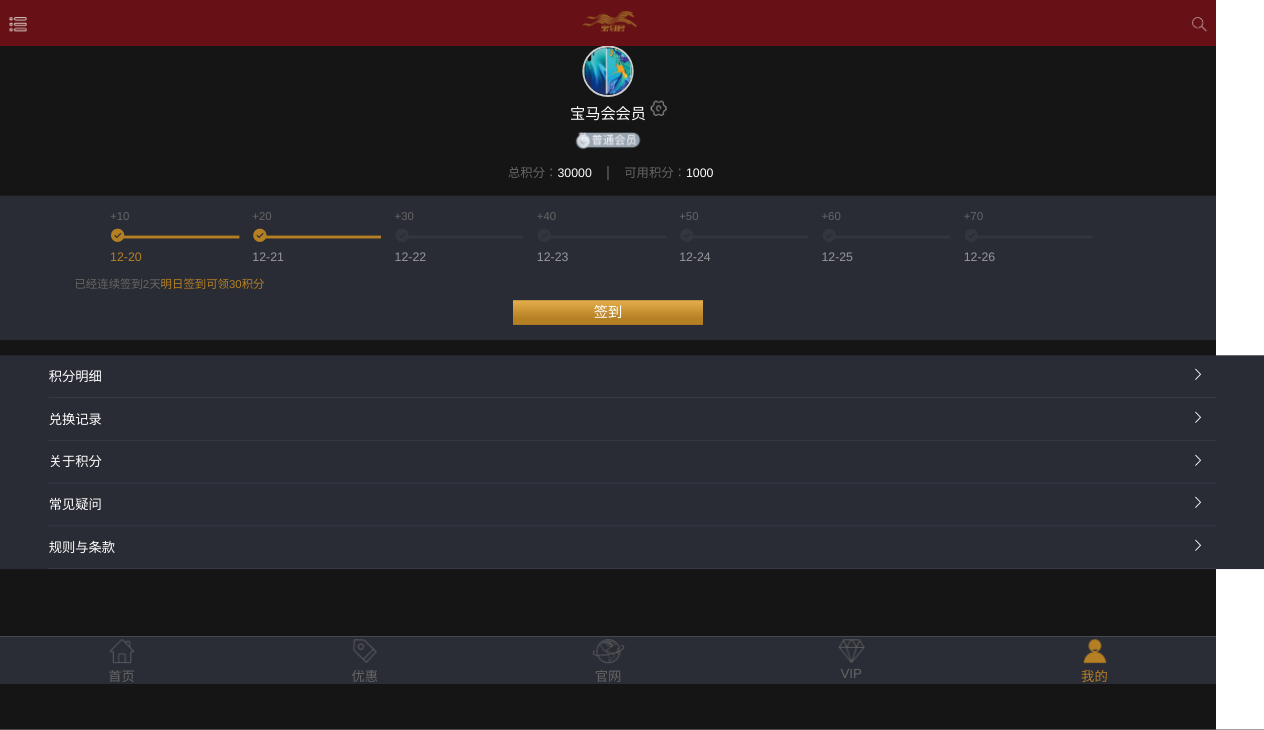
Repository: ada6688/IntegralMall
Page: /Member
The author's editor kept a copy of each file at every save. The page is drawn from the files as they stood at one save, then again after the next save.
The browser window is 1280 px wide. The page is 1331 px wide, then 1280 px, so the pictures cover 1331 px, including what lies to the right of the window. The pictures show the whole page, at 95% of full size.
The project was rebuilt for these pictures with package versions that can differ from the ones it lists, and the page was loaded fresh each time. Also part of the build but not shown: src/components/page/notice.vue, src/components/page/shouye.vue, src/components/page/Vip.vue, src/components/page/Youhui.vue, src/router/index.js.

Above is the page before, as saved 2020-01-04 19:21:19.

### index.html
<!DOCTYPE html>
<html>
  <head>
    <meta charset="utf-8">
    <meta name="viewport" content="width=device-width,initial-scale=1.0">
    <title>integralmall</title>
  </head>
  <body>
    <div id="app"></div>
    <!-- built files will be auto injected -->
  </body>
</html>

### src/main.js
// The Vue build version to load with the `import` command
// (runtime-only or standalone) has been set in webpack.base.conf with an alias.
import Vue from 'vue'
import App from './App'
import router from './router'
import ElementUI from 'element-ui'
import 'element-ui/lib/theme-chalk/index.css'
import {Cell, CellGroup, Tabbar, TabbarItem, PullRefresh, Stepper, Tab, Tabs, Button, Row, Col, Swipe, SwipeItem, Lazyload, List, Field, NavBar} from 'vant'
import '../src/assets/css/common.css'
import '../src/assets/css/index.css'
import 'swiper/dist/css/swiper.css'
import VueAwesomeSwiper from 'vue-awesome-swiper'
// import BScroll from 'better-scroll'

// Vue.use(BScroll)
Vue.use(VueAwesomeSwiper)
Vue.use(ElementUI)
Vue.use(Cell).use(CellGroup).use(Tabbar).use(TabbarItem).use(Stepper).use(PullRefresh).use(Tab).use(Tabs).use(Field).use(NavBar).use(Button).use(Row).use(Col).use(Swipe).use(SwipeItem).use(Lazyload).use(List)

Vue.config.productionTip = false

/* eslint-disable no-new */
new Vue({
  el: '#app',
  router,
  components: {
    App
  },
  template: '<App/>'
})
router.beforeEach((to, from, next) => {
  let str = '<p>个人中心</p>'
  if (to.meta.title) {
    document.getElementById('top-logo-change').innerHTML = to.meta.title
    if (to.meta.title === str) {
      document.getElementById('top-nav-right').innerHTML = '<img src="/static/topnav/kf.png" alt="搜索">'
    } else {
      document.getElementById('top-nav-right').innerHTML = '<img src="/static/topnav/ss.png" alt="搜索">'
    }
    // document.title = to.meta.title
  }
  next()
})

### src/App.vue
<template>
  <div id="app">
    <TopNav></TopNav>
    <router-view/>
    <BottomNav></BottomNav>
  </div>
</template>

<script>
import BottomNav from '@/components/common/Bottomnav'
import TopNav from '@/components/common/Topnav'
export default {
  name: 'App',
  components: {
    BottomNav,
    TopNav
  }
}
</script>

<style>
#app {
  font-family: 'Avenir', Helvetica, Arial, sans-serif;
  -webkit-font-smoothing: antialiased;
  -moz-osx-font-smoothing: grayscale;
  text-align: center;
  color: #2c3e50;
  background: #151515;
  height: 100vh;
}
</style>

### src/assets/css/common.css
body,p,ul{
  margin: 0;
  padding: 0;
}
li{
  list-style: none;
}
/* 顶部栏 */
.top-nav{
  width: 100%;
  height: 3rem;
  line-height: 3.5rem;
  background-color: #671116;
  position: fixed;
  top: 0;
  z-index: 99;
}
.top-nav-logo{
  color: #B58024;
}
.top-nav > div{
  display: inline-block;
  height: 100%;
}
.top-nav-left{
  float: left;
  margin-left: 10px;
}
.top-nav-right{
  float: right;
  margin-right: 10px;
}
.banner-item > img{
  width: 100%;
}
.swiper-container{
  height: 7.28rem;
}
.top-nav-t{
  color: #B58024;
}
/* 每个一级页面共有class */
.main-wrap{
  margin-top: 3rem;
  margin-bottom: 3.125rem;
  background: #151515;
}
/* 公告 */
.Notice-sign{
  width: 2rem;
  height: 100%;
  background: url('../images/topnav/lb.png') center no-repeat;
  float: left;
  box-shadow: 1px 0px 5px rgba(0,0,0,0.8);
}
.Notice-textBox {
  width: 100%;
  height: 1.3rem;
  line-height: 1.3rem;
  font-size: .5rem;
  color: #999999;
  background: #2A2D36;
  overflow: hidden;
  position: relative;
  text-align: left;
  z-index: 9;
}
.Notice-text {
  width: 100%;
  padding-left: 42px;
  position: absolute;
  bottom: 0;
}
.slide-enter-active, .slide-leave-active {
  transition: all 0.5s linear;
}
.slide-enter{
  transform: translateY(20px) scale(1);
  opacity: 1;
}
.slide-leave-to {
  transform: translateY(-20px) scale(0.8);
  opacity: 0;
}
/* 底部导航 */
.bottom-tab{
  width:100%;
  height:3.125rem;
  background-color:#2A2D36;
  border-top: 1px solid #656666;
  position: fixed;
  left:0px;
  bottom:0px;
}
.tab-item{
  width: 20%;
  float: left;
  align-items:center;
  justify-content:center;
  font-size:14px;
  color:#666;
  z-index: 999;
}
.NavSigh{
    width:33px;
    margin-top:3px;
}
.on{
  color:#b58023;
}

### src/assets/css/index.css
/****************** 首页商品 *****************/
.products-item{
  width: 46.9%;
  height: 100px;
  padding-right: 2.9%;
  border-right: 1px solid #161616;
  border-bottom: 1px solid #161616;
  background: #292C35;
  float: left;
}
.products-item-even{
  width: 46.9%;
  height: 100px;
  border-bottom: 1px solid #161616;
  background: #292C35;
  padding-left: 2.9%;
  float: left;
}
.product-item-text{
  width: 50%;
  height: 70px;
  color: #ffffff;
  margin-top: 15px;
  float: left;
  text-align: left;
}
.product-item-text p{
  height: 43px;
  font-size: 15px;
  margin-bottom: 5px;
  display: -webkit-box;/*作为弹性伸缩盒子模型显示*/
  -webkit-line-clamp: 2; /*显示的行数；如果要设置2行加...则设置为2*/
  overflow: hidden; /*超出的文本隐藏*/
  text-overflow: ellipsis; /* 溢出用省略号*/
  -webkit-box-orient: vertical;
}
.product-item-text span{
  color: #B58024;
  font-size: 13px;
}
.product-item-img{
  width: 12%;
  height: 100px;
  display: table-cell;
  vertical-align: middle;
  /* float: left; */
}
.product-item-img img{
  max-width: 100%;
}
/******************* 优惠 *******************/
.yh-wrap div{
  padding: 1rem 1rem 0 1rem;
}
.yh-wrap img{
  width: 100%;
}
/******************* VIP *******************/
.level-welfare-wrap, .level-require-wrap{
  padding-bottom: 20px;
}
.VipTop-level-sign{
  display: inline-block;
}
.VipTop-level-text{
  position: absolute;
  bottom: -5px;
}
.vip-level-wrap ul li{
  float: left;
  width: 33.33%;
  height: 79px;
}
.vip-level-wrap ul div{
  width: 34px;
  height: 34px;
  border: 1px solid #CCCCCC;
  border-radius: 17px;
  margin-bottom: 9px;
  display: inline-block;
  vertical-align: middle;
}
.vip-level-wrap ul img{
  margin-top: 7px;
}
.vip-level-wrap ul li>p{
  color: #CCCCCC;
  font-size: 13px;
}
.Vip-level-T{
  color: #ffffff;
  font-size: 16px;
  font-weight: bold;
  text-align: left;
  padding: 15px 0 10px 17px;
  background: #2A2C35;
}
.Vip-level-tips{
  color: #F5BF1B;
  font-size: 13px;
  text-align: left;
  padding: 15px 20px 10px 17px;
  background: #2A2C35;
}
.level-rules-wrap{
  color: #CCCCCC;
  font-size: 12px;
  background: #2A2C35;
  text-align: left;
  padding: 15px 17px 16px 17px;
  margin-bottom: 50px;
}
.level-rules-wrap span{
  font-size: 16px;
  color: #ffffff;
  display: inline-block;
  margin-bottom: 9px;
}
.level-rules-wrap p{
  line-height: 24px;
  /* margin-top: 5px; */
}
.level-rules-wrap p:last-child{
  margin-bottom: 10px;
}
/******************* 个人中心 *******************/
.d{
  height: 1000px;
  width: 100%;
  background-color: blueviolet;
}
.member-half-circle{
  width: 111%;
  height: 31%;
  border-radius: 50%;
  position: fixed;
  top: -13%;
  background: #661115;
  left: -5.8%;
  z-index: -1;
}
.member-wrap{
  /* width: 100%;
  position: fixed;
  top: 14%; */
}
.member-img > img{
  width: 7vh;
  height: 7vh;
  border-radius: 100%;
  border: 2px solid #CCCCCC;
}
.member-name{
  color: #ffffff;
  font-size: 16px;
  position: relative;
}
.member-name img{
  position: absolute;
  margin-left: 5px;
  bottom: 8px;
}
.member-level-sign{
  margin: 8px 0 10px 0;
}
.member-integral{
  text-align: center;
}
.member-integral-slice{
  display: inline-block;
  color: #666666;
  margin: 0 15px;
}
.member-integral span{
  font-size: 13px;
  color: #ffffff;
}
.member-integral p{
  font-size: 13px;
  color: #666666;
  display: inline-block;
}
.member-total{
  width: 42%;
  display: inline-block;
  text-align: right;
}
.member-useful{
  width: 42%;
  display: inline-block;
  text-align: left;
}
.member-signIn{
  background: #2A2C35;
  padding: 15px 1rem 1rem 1rem;
  margin: 16px 0;
}
.member-signIn-status-1{
  width: 12%;
  text-align: left;
  display: inline-block;
}
.member-signIn-in{
  color: #666666;
  font-size: 12px;
  margin-bottom: 5px;
}
.member-signIn-date{
  color: #999899;
  font-size: 13px;
  margin-top: 5px;
}
.member-signIn-date-active{
  color: #B58024;
  font-size: 13px;
  margin-top: 5px;
}
.el-icon-success{
  color: #34363D;
}
.member-signIn-line{
  width: 84%;
  height: 3px;
  display: inline-block;
  background: #34363D;
  margin: 0 -34px 3px -6px;
}
.member-signIn-icon-active{
  color: #B58024 !important;
}
.member-signIn-active{
  background: #B58024 !important;
}
.member-signIn-tips{
  font-size: 12px;
  text-align-last: justify;
  padding: 0 5%;
  margin-top: 10px;
}
.member-signIn-tips p{
  display: inline-block;
}
.member-signIn-tips p:first-child{
  color: #666666;
}
.member-signIn-tips p:last-child{
  color: #B58024;
}
.member-signIn-button{
  width:200px;
  height:26px;
  line-height: 26px;
  color: #ffffff;
  font-size: 15px;
  margin: 0 auto;
  background:linear-gradient(0deg,rgba(181,128,36,1) 26%,rgba(231,174,75,1) 100%);
  margin-top: 10px;
}
.member-more-detail{
  width: 96%;
  line-height: 44px;
  color: #ffffff;
  background: #2A2C35;
  padding: 0 4%;
}
.member-jifen,.member-duihuan,.member-guanyu,.member-yiwen,.member-guize{
  height: 44px;
  border-bottom: 1px solid #373B45;
}
.member-jifen-T{
  font-size: 14px;
  float: left;
  margin-right: 66%;
}
.el-icon-arrow-right{
  width: 7px;
  height: 7px;
  position: absolute;
  right: 20px;
  margin-top: 12px;
}

### src/components/common/Bottomnav.vue
<template>
  <div class="bottom-tab">
    <div class="tab-item" @click="switchTo('/shouye')">
      <img class="NavSigh" :src="'/shouye' === $route.path ? tabBarImgArr[0].selected : tabBarImgArr[0].normal" alt="首页">
      <p :class="{on: '/shouye' === $route.path}">首页</p>
    </div>
    <div class="tab-item" @click="switchTo('/Youhui')">
      <img class="NavSigh" :src="'/Youhui' === $route.path ? tabBarImgArr[1].selected : tabBarImgArr[1].normal" alt="推荐">
      <p :class="{on: '/Youhui' === $route.path}">优惠</p>
    </div>
    <div class="tab-item">
      <img class="NavSigh" :src="'/' === $route.path ? tabBarImgArr[2].selected : tabBarImgArr[2].normal" alt="搜索">
      <p :class="{on: '/' === $route.path}">官网</p>
    </div>
    <div class="tab-item" @click="switchTo('/Vip')">
      <img class="NavSigh" :src="'/Vip' === $route.path ? tabBarImgArr[3].selected : tabBarImgArr[3].normal" alt="聊天">
      <p :class="{on: '/Vip' === $route.path}">VIP</p>
    </div>
    <div class="tab-item" @click="switchTo('/Member')">
      <img class="NavSigh" :src="'/Member' === $route.path ? tabBarImgArr[4].selected : tabBarImgArr[4].normal" alt="我的">
      <p :class="{on: '/Member' === $route.path}">我的</p>
    </div>
  </div>
</template>
<script>
export default {
  data () {
    return {
      tabBarImgArr: [
        {normal: require('../../assets/images/navLogo/sy_x.png'), selected: require('../../assets/images/navLogo/sy.png')},
        {normal: require('../../assets/images/navLogo/yh_x.png'), selected: require('../../assets/images/navLogo/yh.png')},
        {normal: require('../../assets/images/navLogo/gw_x.png'), selected: require('../../assets/images/navLogo/gw.png')},
        {normal: require('../../assets/images/navLogo/zs_x.png'), selected: require('../../assets/images/navLogo/zs.png')},
        {normal: require('../../assets/images/navLogo/wd_x.png'), selected: require('../../assets/images/navLogo/wd.png')}
      ]
    }
  },
  methods: {
    switchTo (path) {
      this.$router.replace(path)
    }
  }
}
</script>
<style>

</style>

### src/components/common/Topnav.vue
<template>
  <div class="top-nav">
    <div class="top-nav-left">
      <img src="../../assets/images/topnav/cd.png" alt="菜单">
    </div>
    <div id="top-logo-change" class="top-nav-logo">
      <img src="../../assets/images/topnav/logo.png" alt="logo">
    </div>
    <div id="top-nav-right" class="top-nav-right">
      <img src="../../assets/images/topnav/ss.png" alt="搜索">
    </div>
  </div>
</template>
<script>
export default {
  data () {
    return {
      tabBarImgArr: [
        {normal: require('../../assets/images/topnav/logo.png')},
        {normal: require('../../assets/images/topnav/ss.png')},
        {normal: require('../../assets/images/topnav/cd.png')}
      ]
    }
  }
}
</script>
<style>

</style>

### src/components/page/Member.vue
<template>
  <div class="main-wrap">
    <div class="member-wrap">
    <!-- <div class="member-half-circle"></div> -->
      <!-- 会员信息 -->
      <div class="member-person-info">
        <!-- 会员头像 -->
        <div class="member-img">
          <img src="../../assets/images/products/hw.png" alt="">
        </div>
        <!-- 会员名称与设置图标 -->
        <p class="member-name">
          <span>宝马会会员</span>
          <img src="../../assets/images/member/sz.png" alt="">
        </p>
        <!-- 会员等级图标 -->
        <div class="member-level-sign">
          <img src="../../assets/images/member/pt.png" alt="">
        </div>
        <div class="member-integral">
          <div class="member-total">
            <p>总积分：</p>
            <span>30000</span>
          </div>
          <div class="member-integral-slice">|</div>
          <div class="member-useful">
            <p>可用积分：</p>
            <span>1000</span>
          </div>
        </div>
      </div>
      <!-- 签到 -->
      <div class="member-signIn">
        <div class="member-signIn-status">
          <!-- 签到进度条 -->
          <div class="member-signIn-status-1">
            <p class="member-signIn-in">+10</p>
            <i class="el-icon-success member-signIn-icon-active"></i>
            <span class="member-signIn-line member-signIn-active"></span>
            <p class="member-signIn-date-active">12-20</p>
          </div>
          <div class="member-signIn-status-1">
            <p class="member-signIn-in">+20</p>
            <i class="el-icon-success member-signIn-icon-active"></i>
            <span class="member-signIn-line member-signIn-active"></span>
            <p class="member-signIn-date">12-21</p>
          </div>
          <div class="member-signIn-status-1">
            <p class="member-signIn-in">+30</p>
            <i class="el-icon-success"></i>
            <span class="member-signIn-line"></span>
            <p class="member-signIn-date">12-22</p>
          </div>
          <div class="member-signIn-status-1">
            <p class="member-signIn-in">+40</p>
            <i class="el-icon-success"></i>
            <span class="member-signIn-line"></span>
            <p class="member-signIn-date">12-23</p>
          </div>
          <div class="member-signIn-status-1">
            <p class="member-signIn-in">+50</p>
            <i class="el-icon-success"></i>
            <span class="member-signIn-line"></span>
            <p class="member-signIn-date">12-24</p>
          </div>
          <div class="member-signIn-status-1">
            <p class="member-signIn-in">+60</p>
            <i class="el-icon-success"></i>
            <span class="member-signIn-line"></span>
            <p class="member-signIn-date">12-25</p>
          </div>
          <div class="member-signIn-status-1">
            <p class="member-signIn-in">+70</p>
            <i class="el-icon-success"></i>
            <span class="member-signIn-line"></span>
            <p class="member-signIn-date">12-26</p>
          </div>
          <div class="member-signIn-tips">
            <p>已经连续签到2天</p>
            <p>明日签到可领30积分</p>
          </div>
          <!-- 签到按钮 -->
          <div class="member-signIn-button">签到</div>
        </div>
      </div>
      <!-- 积分明细，兑换记录，积分详情疑问规则等 -->
      <div class="member-more-detail">
        <div class="member-jifen">
          <div  class="member-jifen-T">积分明细</div>
          <i class="el-icon-arrow-right"></i>
        </div>
        <div class="member-duihuan">
          <div  class="member-jifen-T">兑换记录</div>
          <i class="el-icon-arrow-right"></i>
        </div>
        <div class="member-guanyu">
          <div  class="member-jifen-T">关于积分</div>
          <i class="el-icon-arrow-right"></i>
        </div>
        <div class="member-yiwen">
          <div  class="member-jifen-T">常见疑问</div>
          <i class="el-icon-arrow-right"></i>
        </div>
        <div class="member-guize">
          <div  class="member-jifen-T">规则与条款</div>
          <i class="el-icon-arrow-right"></i>
        </div>
      </div>
    </div>
  </div>
</template>
<script>
export default {
  name: 'App',
  components: {
  },
  data () {
    return {
      active: 0
    }
  }
}
</script>
<style>

</style>

After the next save:
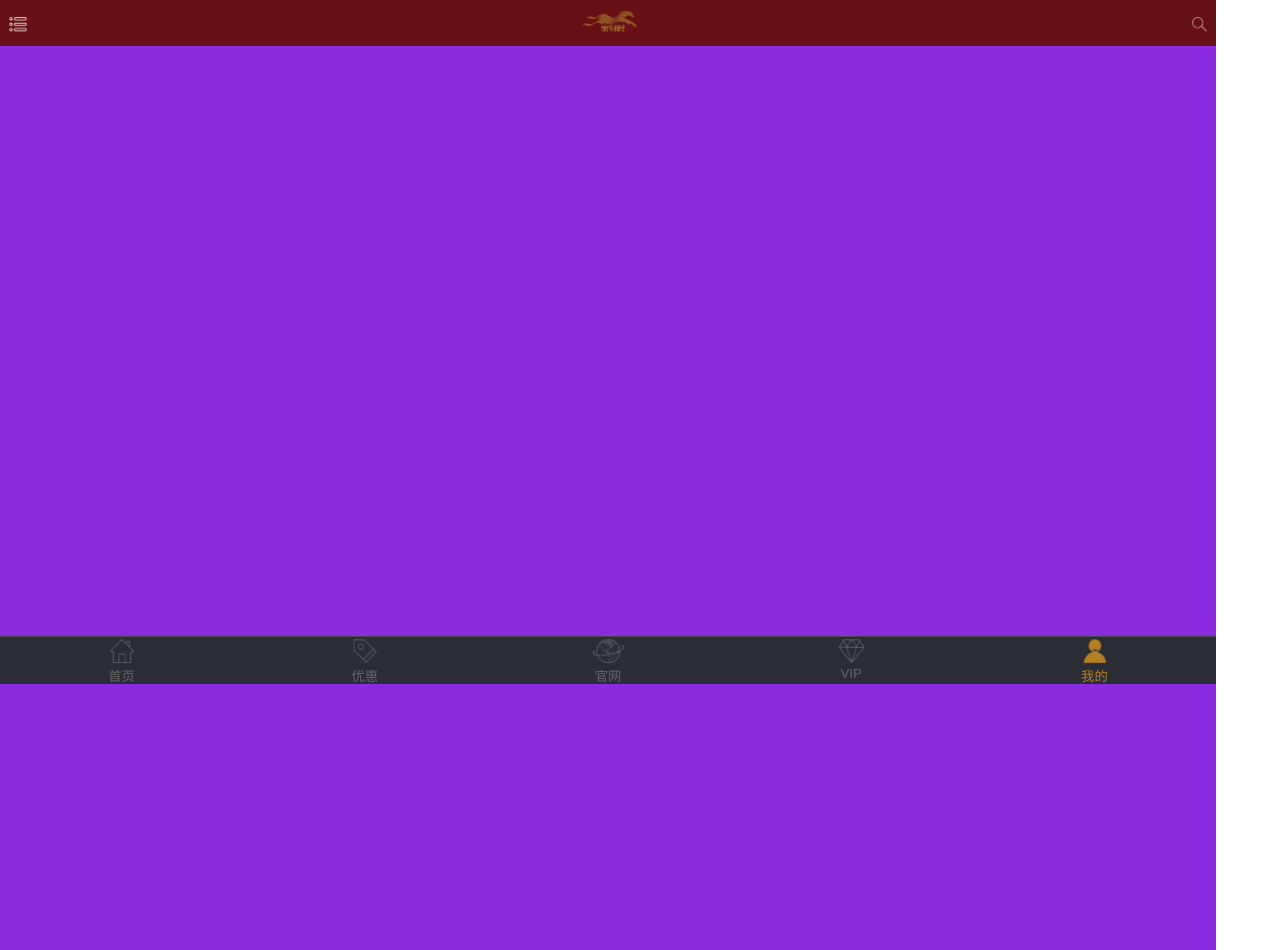
Saved 5 s later.
--- a/src/components/page/Member.vue
+++ b/src/components/page/Member.vue
@@ -1,113 +1,5 @@
 <template>
-  <div class="main-wrap">
-    <div class="member-wrap">
-    <!-- <div class="member-half-circle"></div> -->
-      <!-- 会员信息 -->
-      <div class="member-person-info">
-        <!-- 会员头像 -->
-        <div class="member-img">
-          <img src="../../assets/images/products/hw.png" alt="">
-        </div>
-        <!-- 会员名称与设置图标 -->
-        <p class="member-name">
-          <span>宝马会会员</span>
-          <img src="../../assets/images/member/sz.png" alt="">
-        </p>
-        <!-- 会员等级图标 -->
-        <div class="member-level-sign">
-          <img src="../../assets/images/member/pt.png" alt="">
-        </div>
-        <div class="member-integral">
-          <div class="member-total">
-            <p>总积分：</p>
-            <span>30000</span>
-          </div>
-          <div class="member-integral-slice">|</div>
-          <div class="member-useful">
-            <p>可用积分：</p>
-            <span>1000</span>
-          </div>
-        </div>
-      </div>
-      <!-- 签到 -->
-      <div class="member-signIn">
-        <div class="member-signIn-status">
-          <!-- 签到进度条 -->
-          <div class="member-signIn-status-1">
-            <p class="member-signIn-in">+10</p>
-            <i class="el-icon-success member-signIn-icon-active"></i>
-            <span class="member-signIn-line member-signIn-active"></span>
-            <p class="member-signIn-date-active">12-20</p>
-          </div>
-          <div class="member-signIn-status-1">
-            <p class="member-signIn-in">+20</p>
-            <i class="el-icon-success member-signIn-icon-active"></i>
-            <span class="member-signIn-line member-signIn-active"></span>
-            <p class="member-signIn-date">12-21</p>
-          </div>
-          <div class="member-signIn-status-1">
-            <p class="member-signIn-in">+30</p>
-            <i class="el-icon-success"></i>
-            <span class="member-signIn-line"></span>
-            <p class="member-signIn-date">12-22</p>
-          </div>
-          <div class="member-signIn-status-1">
-            <p class="member-signIn-in">+40</p>
-            <i class="el-icon-success"></i>
-            <span class="member-signIn-line"></span>
-            <p class="member-signIn-date">12-23</p>
-          </div>
-          <div class="member-signIn-status-1">
-            <p class="member-signIn-in">+50</p>
-            <i class="el-icon-success"></i>
-            <span class="member-signIn-line"></span>
-            <p class="member-signIn-date">12-24</p>
-          </div>
-          <div class="member-signIn-status-1">
-            <p class="member-signIn-in">+60</p>
-            <i class="el-icon-success"></i>
-            <span class="member-signIn-line"></span>
-            <p class="member-signIn-date">12-25</p>
-          </div>
-          <div class="member-signIn-status-1">
-            <p class="member-signIn-in">+70</p>
-            <i class="el-icon-success"></i>
-            <span class="member-signIn-line"></span>
-            <p class="member-signIn-date">12-26</p>
-          </div>
-          <div class="member-signIn-tips">
-            <p>已经连续签到2天</p>
-            <p>明日签到可领30积分</p>
-          </div>
-          <!-- 签到按钮 -->
-          <div class="member-signIn-button">签到</div>
-        </div>
-      </div>
-      <!-- 积分明细，兑换记录，积分详情疑问规则等 -->
-      <div class="member-more-detail">
-        <div class="member-jifen">
-          <div  class="member-jifen-T">积分明细</div>
-          <i class="el-icon-arrow-right"></i>
-        </div>
-        <div class="member-duihuan">
-          <div  class="member-jifen-T">兑换记录</div>
-          <i class="el-icon-arrow-right"></i>
-        </div>
-        <div class="member-guanyu">
-          <div  class="member-jifen-T">关于积分</div>
-          <i class="el-icon-arrow-right"></i>
-        </div>
-        <div class="member-yiwen">
-          <div  class="member-jifen-T">常见疑问</div>
-          <i class="el-icon-arrow-right"></i>
-        </div>
-        <div class="member-guize">
-          <div  class="member-jifen-T">规则与条款</div>
-          <i class="el-icon-arrow-right"></i>
-        </div>
-      </div>
-    </div>
-  </div>
+  <div class="d"></div>
 </template>
 <script>
 export default {
